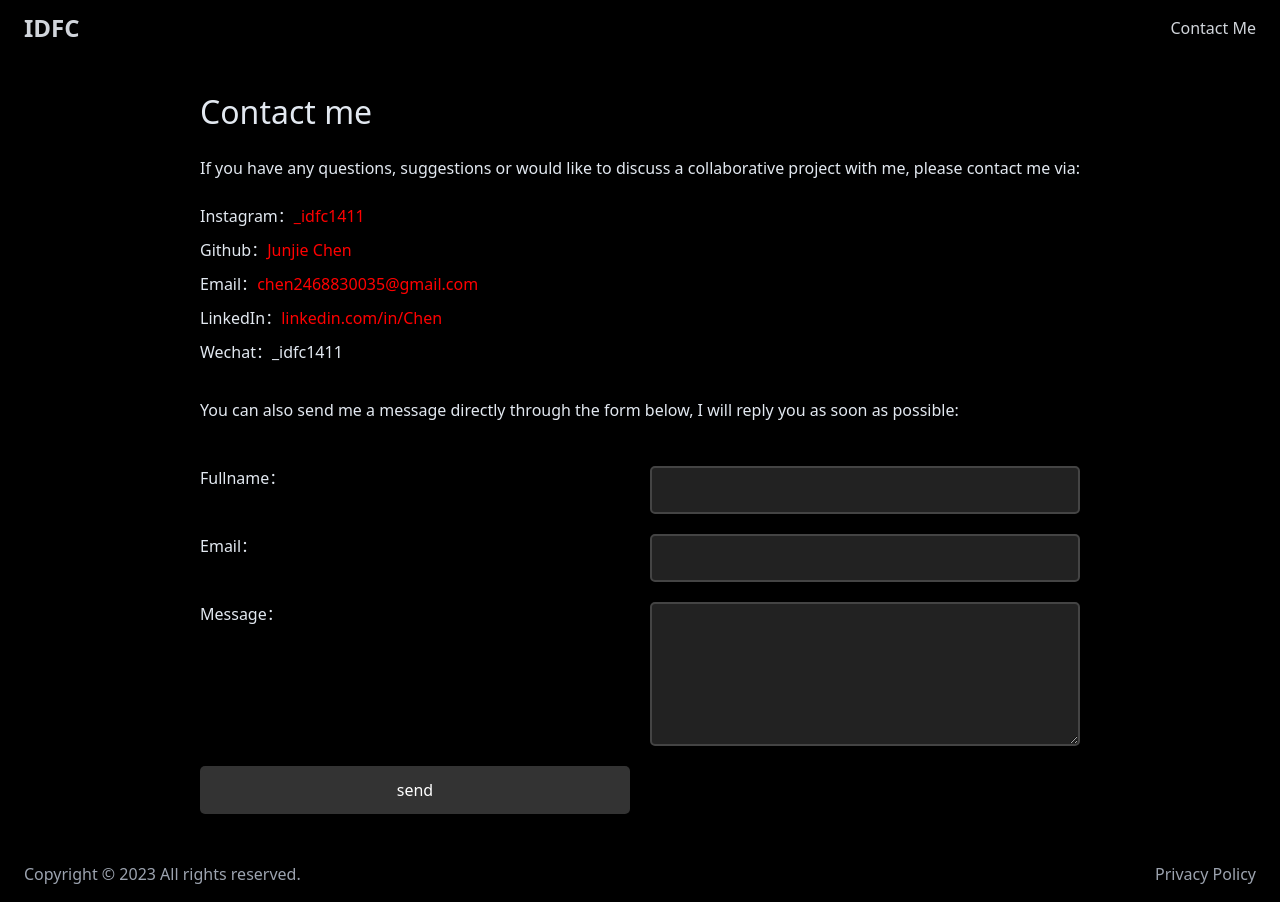
Repository: skybainiao/HackerStarter
Page: htmlFile/me.html
These files come from the project's save history. The page is drawn as it stood at one moment and after the next save; the edit follows.
The browser window is 1280 px wide. The pictures show the whole page.

Above is the page before, as saved 2023-04-09 18:09:04.

After the next save:
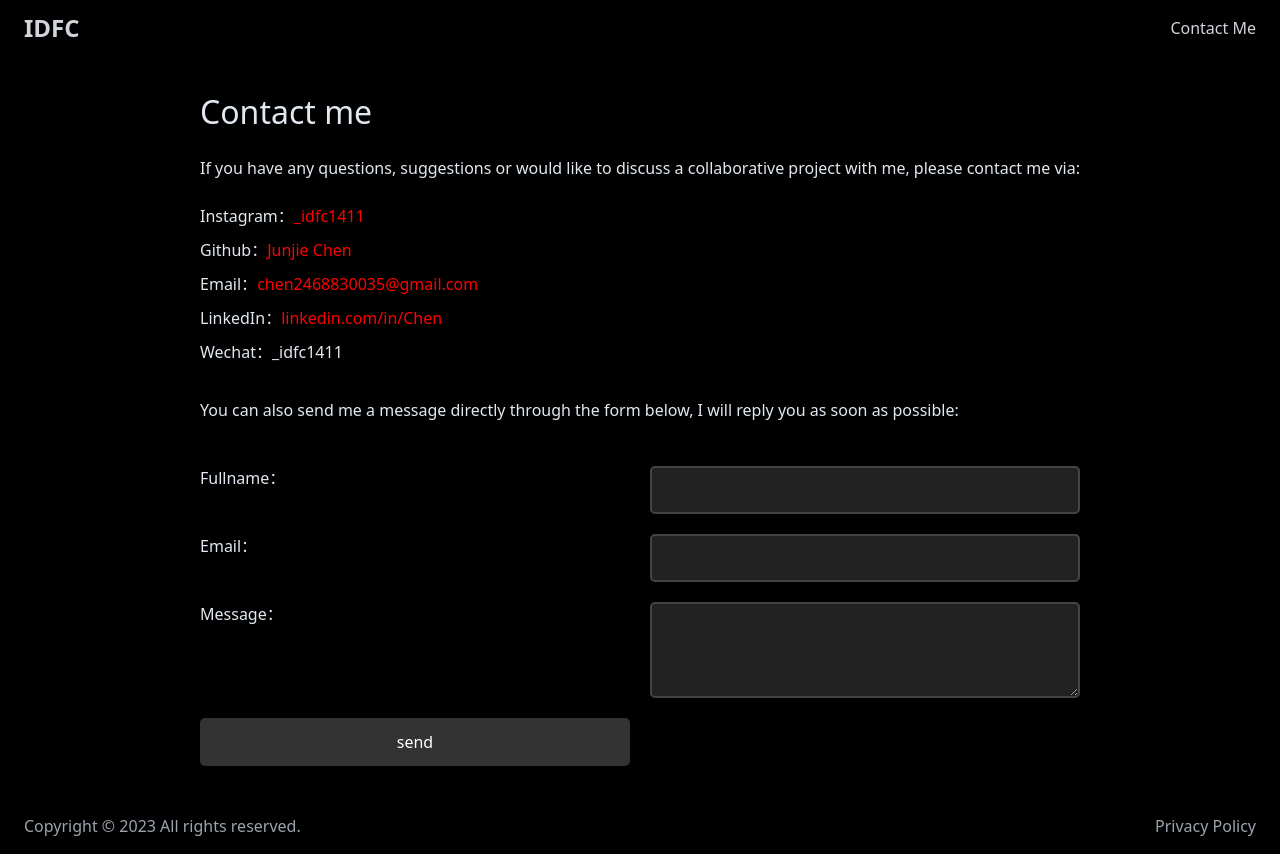
Saved 4 s later.
--- a/htmlFile/me.html
+++ b/htmlFile/me.html
@@ -54,7 +54,7 @@
                     <input type="email" id="email" name="email" >
 
                     <label for="message">Message：</label>
-                    <textarea id="message" name="message" rows="5" ></textarea>
+                    <textarea id="message" name="message" rows="3" ></textarea>
 
                     <button id="send">send</button>
                 </form>
